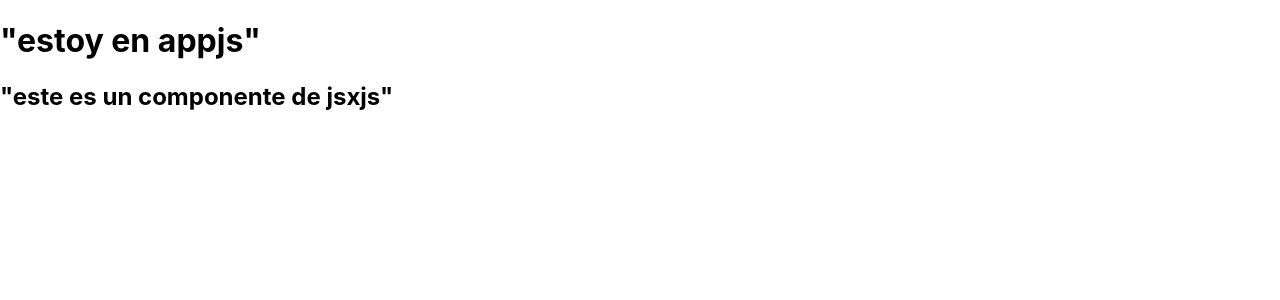
Repository: geraldine-ventura/Jsx-practica-terminada
Page: /
The author's editor kept a copy of each file at every save. The page is drawn from the files as they stood at one save, then again after the next save.
The browser window is 1280 px wide. The pictures show the whole page.
The project was rebuilt for these pictures with package versions that can differ from the ones it lists, and the page was loaded fresh each time. Also part of the build but not shown: src/App.css.

Above is the page before, as saved 2022-12-28 18:26:31.

After the next save:
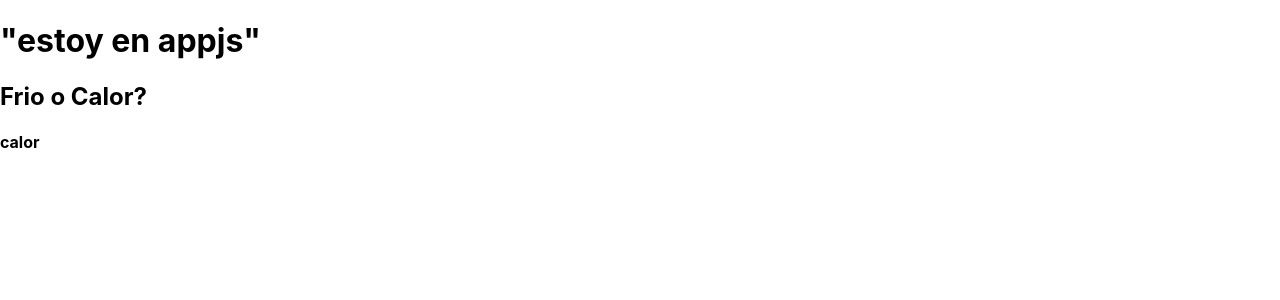
Saved 18 s later.
--- a/src/App.js
+++ b/src/App.js
@@ -1,7 +1,7 @@
 import React from 'react'
 import './App.css';
-import Jsx from './componetes/jsx';
-import jsx from './componetes/jsx';
+import Jsx from './componetes/Jsx';
+
 
 function App() {
   return (
